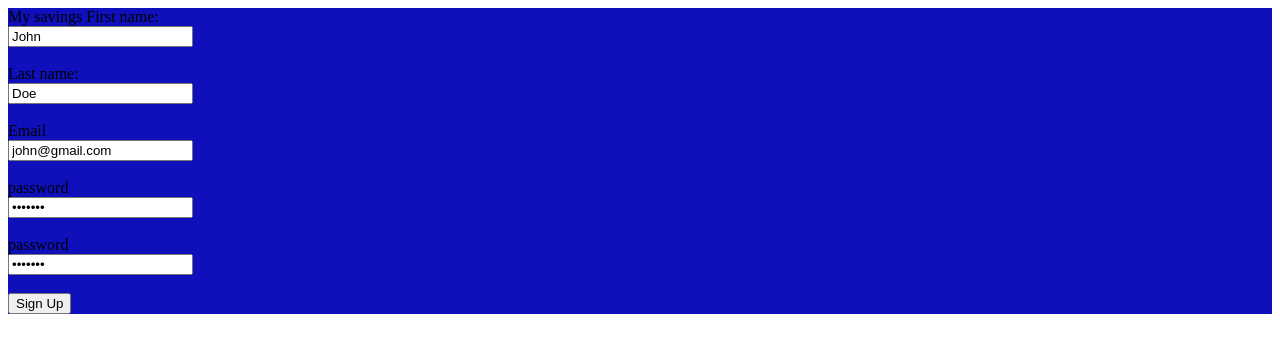
Repository: reemoon-ctrl/hotel-website
Page: mine-form_styling_start.html
These files come from the project's save history. The page is drawn as it stood at one moment and after the next save; the edit follows.
The browser window is 1280 px wide. The pictures show the whole page.

Above is the page before, as saved 2024-07-20 13:39:52.

### mine-form_styling_start.html
<!DOCTYPE html>
<html lang="en">
<head>
    <meta charset="UTF-8">
    <meta name="viewport" content="width=device-width, initial-scale=1.0">
    <title>Document</title>
<style>
    .form{
        background: rgb(15, 15, 188);
    }
    .container{
        margin: auto;
    }
</style>
</head>

<body>
    <div class="container"></div>
    <form class="form" action="/action_page.php">
        <caption style="text-align:right">My savings</caption>
        <label for="fname">First name:</label><br>
        <input type="text" id="fname" name="fname" value="John"><br><br>
        <label for="lname">Last name:</label><br>
        <input type="text" id="lname" name="lname" value="Doe"><br><br>
        <label for="Email ">Email</label><br>
        <input type="text" id="email" name="Email" value="john@gmail.com"><br><br>
        <label for="password">password</label><br>
        <input type="password" id="password" name="password" value="fffffff"><br><br>
        <label for="password">password</label><br>
        <input type="password" id="confirm password" name="confirm password" value="fffffff"><br><br>


        <input type="submit" value="Sign Up">
      </form>

</body>
</html>

After the next save:
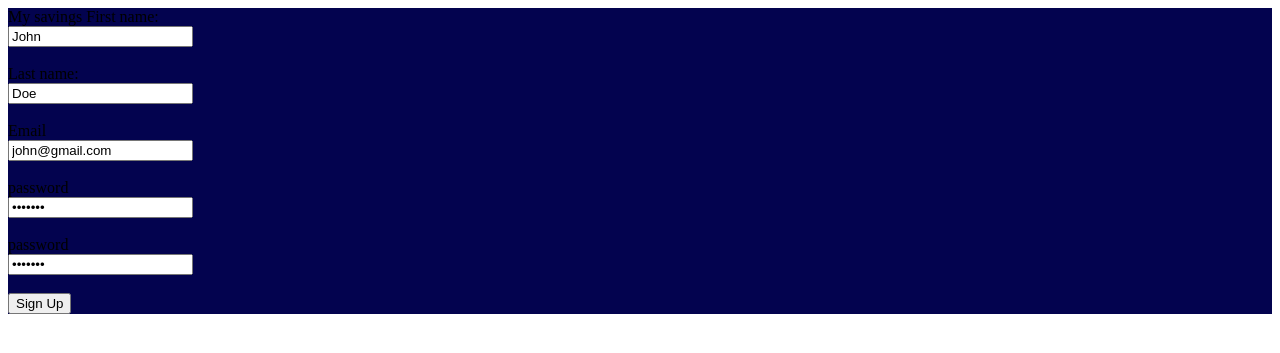
Saved 5 s later.
--- a/mine-form_styling_start.html
+++ b/mine-form_styling_start.html
@@ -6,7 +6,7 @@
     <title>Document</title>
 <style>
     .form{
-        background: rgb(15, 15, 188);
+        background: rgb(3, 3, 79);
     }
     .container{
         margin: auto;
